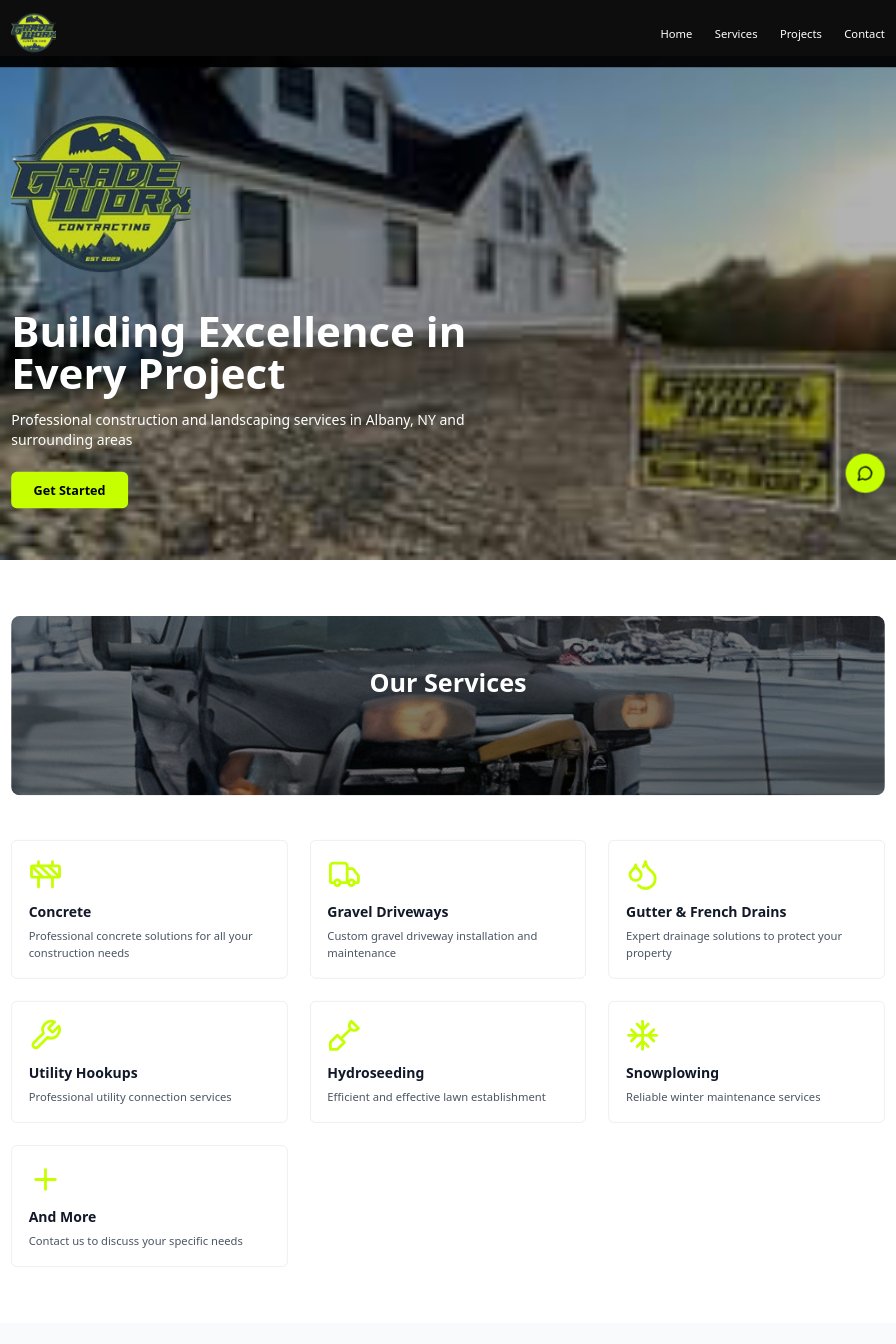
Repository: gabe126679/GradeWorx
Page: /
These files come from the project's save history. The page is drawn as it stood at one moment and after the next save; the edit follows.
The browser window is 1280 px wide. The pictures show the part of the page from y = 0 to 1920 px (the page is 3566 px tall), at 70% of full size.
The project was rebuilt for these pictures with package versions that can differ from the ones it lists, and the page was loaded fresh each time. Also part of the build but not shown: vite.config.ts.

Above is the page before, as saved 2024-12-16 00:07:21.

After the next save:
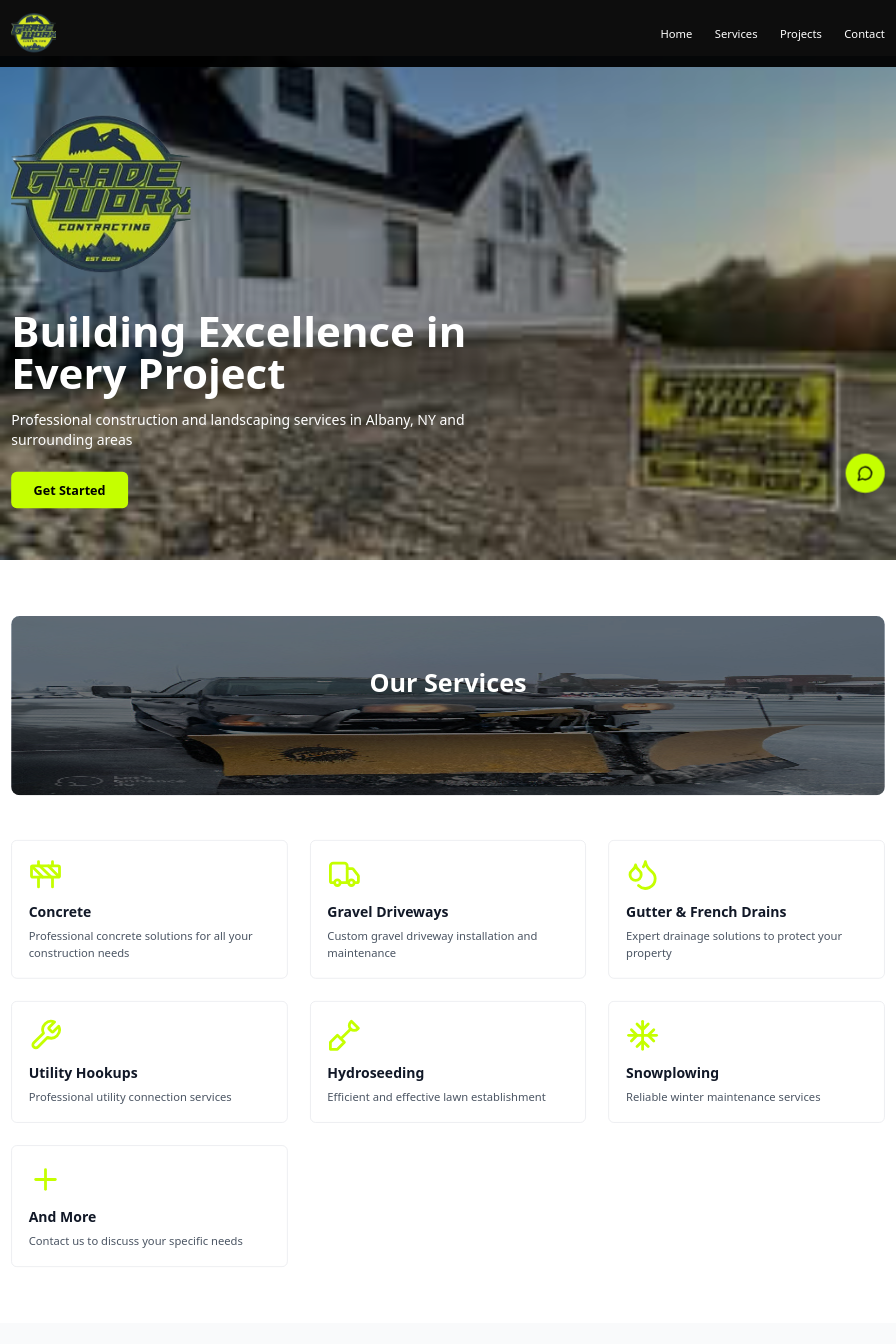
Saved 14 s later.
--- a/src/pages/Services.tsx
+++ b/src/pages/Services.tsx
@@ -10,7 +10,7 @@
         <img
           src="/images/service1.jpg"
           alt="Our Services"
-          className="w-full h-full object-cover"
+          className="w-full h-full object-fill"
         />
         <div className="absolute inset-0 bg-black/50 flex items-center justify-center">
           <SectionTitle className="text-white mb-0">Our Services</SectionTitle>
